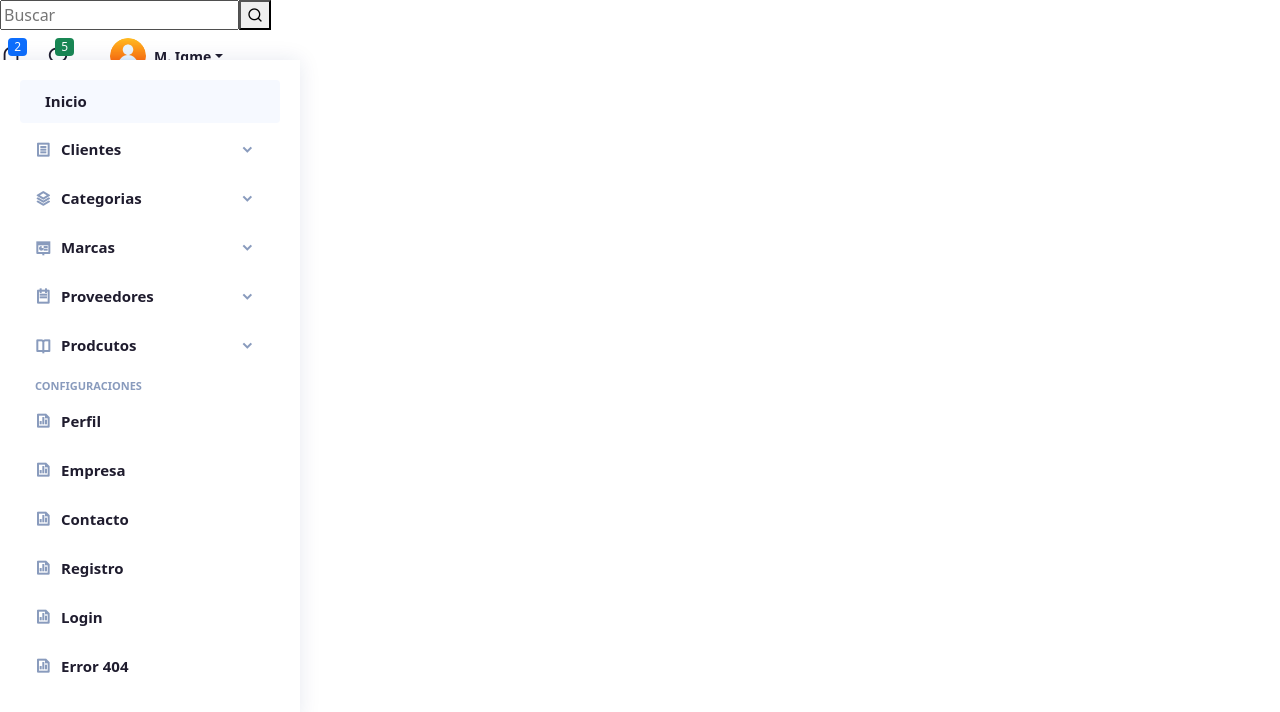
Repository: igmeMarcial/ProyectoLP-2023
Page: http://localhost/proyectoLP_2023/Main.jsp
These files come from the project's save history. The page is drawn as it stood at one moment and after the next save; the edit follows.
The browser window is 1280 px wide. The pictures show the whole page.
The page is served by Tomcat 9. Other server files are loaded and not shown.

Above is the page before, as saved 2023-03-18 20:03:31.

### proyectoLP_2023/WebContent/Main.jsp
<%@ page language="java" contentType="text/html; charset=ISO-8859-1"
    pageEncoding="ISO-8859-1"%>
<!DOCTYPE html PUBLIC "-//W3C//DTD HTML 4.01 Transitional//EN" "http://www.w3.org/TR/html4/loose.dtd">
<html>
<head>
	<meta charset="UTF-8">
    <meta http-equiv="X-UA-Compatible" content="IE=edge">
    <meta name="viewport" content="width=device-width, initial-scale=1.0">
	<link rel="preconnect" href="https://fonts.googleapis.com">
	<link rel="preconnect" href="https://fonts.gstatic.com" crossorigin>
	<link href="https://fonts.googleapis.com/css2?family=Roboto:wght@300;400;500;700;900&display=swap" rel="stylesheet">
	<link rel="stylesheet" type="text/css" href="./css/main.css" />
	<link href="https://cdn.jsdelivr.net/npm/bootstrap@5.0.2/dist/css/bootstrap.min.css" rel="stylesheet" integrity="sha384-EVSTQN3/azprG1Anm3QDgpJLIm9Nao0Yz1ztcQTwFspd3yD65VohhpuuCOmLASjC" crossorigin="anonymous">
	 <link href="https://cdn.jsdelivr.net/npm/remixicon@2.5.0/fonts/remixicon.css" rel="stylesheet">
	<title>Principal</title>
</head>
<body>
	 <!-- ======= Header(Cabezera) ======= -->
	 <!--
<header id="header" class="header fixed-top d-flex align-items-center">

    <div class="d-flex align-items-center justify-content-between">
      <a href="index.html" class="logo d-flex align-items-center text-decoration-none">
        <img class="logoImg1 d-none d-lg-block" src="./img/logo-somosngr.svg" alt="">
        <img class="logoImg2 d-block d-lg-none" src="./img/logo-ngr.png" alt="">
        <span class="d-none d-lg-block"></span>
      </a>
      <i class="ri-menu-fill toggle-sidebar-btn"></i>
    </div>
    <!-- Fin Logo -->
		<!-- Input para Buscar jeje-->
    <div class="search-bar">
      <form class="search-form d-flex align-items-center" method="POST" action="#">
        <input type="text" name="query" placeholder="Buscar" title="Enter search keyword">
        <button type="submit" title="Buscar"><i class="ri-search-line"></i></button>
      </form>
    </div><!-- Fin Buscar  -->

    <nav class="header-nav ms-auto">
      <ul class="d-flex align-items-center">

        <li class="nav-item d-block d-lg-none">
          <a class="nav-link nav-icon search-bar-toggle p-0" href="#">
            <i class="ri-search-line"></i>
          </a>
        </li><!-- Fin Buscar Icon-->

        <li class="nav-item dropdown">

		  <a class="nav-link nav-icon p-0" href="#" data-bs-toggle="dropdown" id="noti" aria-expanded="false">
            <i class="ri-notification-3-line"></i>
            <span class="badge bg-primary badge-number">2</span>
          </a><!-- End Notification Icon -->
		   <ul class="dropdown-menu dropdown-menu-end dropdown-menu-arrow notificaciones" aria-labelledby="noti">
           	  <li><a class="dropdown-item" href="#">Action</a></li>
    		<li><a class="dropdown-item" href="#">Another action</a></li>
    		<li><a class="dropdown-item" href="#">Something else here</a></li>

          </ul><!-- Final notificación Dropdown Items -->



        </li><!-- Final Notification Nav -->

        <li class="nav-item dropdown">

          <a class="nav-link nav-icon p-0" href="#" data-bs-toggle="dropdown">
            <i class="ri-chat-1-line"></i>
            <span class="badge bg-success badge-number">5</span>
          </a><!-- Final mensajes Icon -->

          <ul class="dropdown-menu dropdown-menu-end dropdown-menu-arrow messages">
             <li><a class="dropdown-item" href="#">Action</a></li>
    		<li><a class="dropdown-item" href="#">Another action</a></li>
    		<li><a class="dropdown-item" href="#">Something else here</a></li>

          </ul><!-- Final Mensajes Dropdown Items -->

        </li><!--Final Mensajes Nav -->

        <li class="nav-item dropdown pe-3">

          <a class="nav-link nav-profile d-flex align-items-center pe-0" href="#" data-bs-toggle="dropdown">
            <img src="./img/userImg.png" alt="Profile" class="rounded-circle">
            <span class="d-none d-md-block dropdown-toggle ps-2">M. Igme</span>
          </a><!-- End Profile Iamge Icon -->

          <ul class="dropdown-menu dropdown-menu-end dropdown-menu-arrow profile">
            <li class="dropdown-header">
              <h6>Marcial Igme</h6>
              <span>Administrador</span>
            </li>
            <li>
              <hr class="dropdown-divider">
            </li>

            <li>
              <a class="dropdown-item d-flex align-items-center" href="users-profile.html">
                <i class="ri-settings-2-line"></i>
                <span>My Perfil</span>
              </a>
            </li>
            <li>
              <hr class="dropdown-divider">
            </li>

            <li>
              <a class="dropdown-item d-flex align-items-center" href="users-profile.html">
                <i class="ri-settings-2-line"></i>
                <span>Configuración</span>
              </a>
            </li>
            <li>
              <hr class="dropdown-divider">
            </li>

            <li>
              <a class="dropdown-item d-flex align-items-center" href="pages-faq.html">
                <i class="ri-settings-2-line"></i>
                <span>Ayuda?</span>
              </a>
            </li>
            <li>
              <hr class="dropdown-divider">
            </li>

            <li>
              <a class="dropdown-item d-flex align-items-center" href="#">
                <i class="ri-settings-2-line"></i>
                <span>Salir</span>
              </a>
            </li>

          </ul><!-- Final Perfil Dropdown Items -->
        </li><!--Final Profile Nav -->

      </ul>
    </nav><!-- Final Icons Navigation -->

</header>
-->
<!-- Final Header -->
<aside id="sidebar" class="sidebar">

    <ul class="sidebar-nav" id="sidebar-nav">

      <li class="nav-item">
        <a class="nav-link " href="index.html">
          <i class="bi bi-grid"></i>
          <span>Inicio</span>
        </a>
      </li><!-- final Dashboard Nav -->

      <li class="nav-item">
        <a class="nav-link collapsed" data-bs-target="#components-nav" data-bs-toggle="collapse" href="#">
          <i class="ri-file-list-line"></i><span>Clientes</span><i class="ri-arrow-down-s-line ms-auto"></i>


        </a>
        <ul id="components-nav" class="nav-content collapse " data-bs-parent="#sidebar-nav">
          <li>
            <a href="components-alerts.html">
              <i class="ri-group-fill"></i><span>Listado Clientes</span>
            </a>
          </li>
          <li>
            <a href="components-accordion.html">
              <i class="ri-group-fill"></i><span>Agregar Nuevo Cliente</span>
            </a>
          </li>
          <li>
            <a href="components-badges.html">
             	<i class="ri-group-fill"></i><span>Buscar Cliente</span>
            </a>
          </li>
          <li>
            <a href="components-breadcrumbs.html">
              <i class="ri-group-fill"></i><span>ActualizarClientes</span>
            </a>
          </li>
        </ul>
      </li><!-- Final componentes Nav -->

      <li class="nav-item">
        <a class="nav-link collapsed" data-bs-target="#forms-nav" data-bs-toggle="collapse" href="#">
          <i class="ri-stack-line"></i><span>Categorias</span><i class="ri-arrow-down-s-line ms-auto"></i>
        </a>
        <ul id="forms-nav" class="nav-content collapse " data-bs-parent="#sidebar-nav">
          <li>
            <a href="forms-elements.html">
              <i class="bi bi-circle"></i><span>Agregar Categoria</span>
            </a>
          </li>
          <li>
            <a href="forms-layouts.html">
              <i class="bi bi-circle"></i><span>Actualizar Categoria</span>
            </a>
          </li>
          <li>
            <a href="forms-editors.html">
              <i class="bi bi-circle"></i><span>Listar Categoria</span>
            </a>
          </li>
        </ul>
      </li><!-- Final Formulario Nav -->

      <li class="nav-item">
        <a class="nav-link collapsed" data-bs-target="#tables-nav" data-bs-toggle="collapse" href="#">
          <i class="ri-slideshow-line"></i><span>Marcas</span><i class="ri-arrow-down-s-line ms-auto"></i>
        </a>
        <ul id="tables-nav" class="nav-content collapse " data-bs-parent="#sidebar-nav">
          <li>
            <a href="#">
              <i class="bi bi-circle"></i><span>Agregar Marca</span>
            </a>
          </li>
          <li>
            <a href="#">
              <i class="bi bi-circle"></i><span>Actualizar Marca</span>
            </a>
          </li>
           <li>
            <a href="#">
              <i class="bi bi-circle"></i><span>Listar Marca</span>
            </a>
          </li>
        </ul>
      </li><!-- End Tables Nav -->

      <li class="nav-item">
        <a class="nav-link collapsed" data-bs-target="#charts-nav" data-bs-toggle="collapse" href="#">
          <i class="ri-todo-line"></i><span>Proveedores</span><i class="ri-arrow-down-s-line ms-auto"></i>
        </a>
        <ul id="charts-nav" class="nav-content collapse " data-bs-parent="#sidebar-nav">
          <li>
            <a href="#">
              <i class="bi bi-circle"></i><span>Agregar Proveedor</span>
            </a>
          </li>
          <li>
            <a href="#">
              <i class="bi bi-circle"></i><span>Actuzalir Porveedor</span>
            </a>
          </li>
          <li>
            <a href="#">
              <i class="bi bi-circle"></i><span>Listar Proveedor</span>
            </a>
          </li>
        </ul>
      </li><!-- End Charts Nav -->

      <li class="nav-item">
        <a class="nav-link collapsed" data-bs-target="#icons-nav" data-bs-toggle="collapse" href="#">
          <i class="ri-book-open-line"></i><span>Prodcutos</span><i class="ri-arrow-down-s-line ms-auto"></i>
        </a>
        <ul id="icons-nav" class="nav-content collapse " data-bs-parent="#sidebar-nav">
          <li>
            <a href="icons-bootstrap.html">
              <i class="bi bi-circle"></i><span>Agreagr Producto</span>
            </a>
          </li>
          <li>
            <a href="icons-remix.html">
              <i class="bi bi-circle"></i><span>Actualizar Producto</span>
            </a>
          </li>
          <li>
            <a href="icons-boxicons.html">
              <i class="bi bi-circle"></i><span>Buscar Prodcuto</span>
            </a>
          </li>
        </ul>
      </li><!-- Final iconos Nav -->

      <li class="nav-heading">Configuraciones</li>

      <li class="nav-item">
        <a class="nav-link collapsed" href="#">
          <i class="ri-file-chart-line"></i>
          <span>Perfil</span>
        </a>
      </li><!-- Final Profile Page Nav -->

      <li class="nav-item">
        <a class="nav-link collapsed" href="#">
          <i class="ri-file-chart-line"></i>
          <span>Empresa</span>
        </a>
      </li><!-- End F.A.Q Page Nav -->

      <li class="nav-item">
        <a class="nav-link collapsed" href="#">
          <i class="ri-file-chart-line"></i>
          <span>Contacto</span>
        </a>
      </li><!-- Final Contact Page Nav -->

      <li class="nav-item">
        <a class="nav-link collapsed" href="#">
          <i class="ri-file-chart-line"></i>
          <span>Registro</span>
        </a>
      </li><!-- Final Registro Page Nav -->

      <li class="nav-item">
        <a class="nav-link collapsed" href="#">
          <i class="ri-file-chart-line"></i>
          <span>Login</span>
        </a>
      </li><!-- Final Login Page Nav -->

      <li class="nav-item">
        <a class="nav-link collapsed" href="#">
         <i class="ri-file-chart-line"></i>
          <span>Error 404</span>
        </a>
      </li>
    </ul>

</aside>
<!-- Final Sidebar-->
   <!-- ======= Contenido principal======= -->
   <!--
<main id="main" class="main main-principal">
<div>vete ala mierda</div>
</main>
-->
<div style="margin-top:60px" class="dd">geyeye</div>

   <!-- ======= Footer ======= -->
  <!--
<footer id="footer" class="footer">
    <div class="copyright">
      &copy; Copyright <strong><span>Igme</span></strong>. Todos los derechos reservados
    </div>
    <div class="credits">

    </div>
</footer>-->
<!-- End Footer -->

<a href="#" class="back-to-top d-flex align-items-center justify-content-center"><i class="bi bi-arrow-up-short"></i></a>
   <!-- Sistema JS Files -->

  <script src="https://cdn.jsdelivr.net/npm/bootstrap@5.0.2/dist/js/bootstrap.bundle.min.js" integrity="sha384-MrcW6ZMFYlzcLA8Nl+NtUVF0sA7MsXsP1UyJoMp4YLEuNSfAP+JcXn/tWtIaxVXM" crossorigin="anonymous"></script>


  <script src="./script/main.js" type="text/javascript"></script>
</body>
</html>

Loaded but not shown: proyectoLP_2023/WebContent/script/main.js (27 lines, source omitted); proyectoLP_2023/WebContent/css/main.css (1076 lines, source omitted)

After the next save:
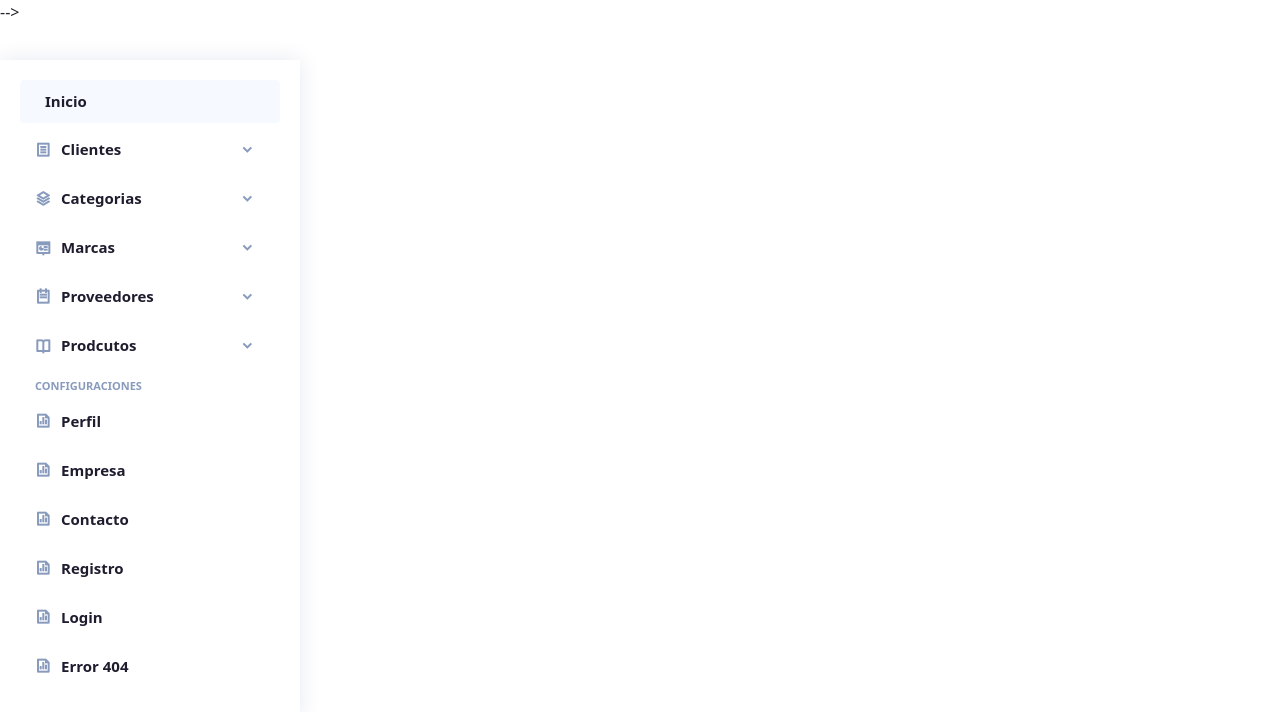
Saved 80 s later.
--- a/proyectoLP_2023/WebContent/Main.jsp
+++ b/proyectoLP_2023/WebContent/Main.jsp
@@ -15,129 +15,8 @@
 	<title>Principal</title>
 </head>
 <body>
-	 <!-- ======= Header(Cabezera) ======= -->
-	 <!--
-<header id="header" class="header fixed-top d-flex align-items-center">
-
-    <div class="d-flex align-items-center justify-content-between">
-      <a href="index.html" class="logo d-flex align-items-center text-decoration-none">
-        <img class="logoImg1 d-none d-lg-block" src="./img/logo-somosngr.svg" alt="">
-        <img class="logoImg2 d-block d-lg-none" src="./img/logo-ngr.png" alt="">
-        <span class="d-none d-lg-block"></span>
-      </a>
-      <i class="ri-menu-fill toggle-sidebar-btn"></i>
-    </div>
-    <!-- Fin Logo -->
-		<!-- Input para Buscar jeje-->
-    <div class="search-bar">
-      <form class="search-form d-flex align-items-center" method="POST" action="#">
-        <input type="text" name="query" placeholder="Buscar" title="Enter search keyword">
-        <button type="submit" title="Buscar"><i class="ri-search-line"></i></button>
-      </form>
-    </div><!-- Fin Buscar  -->
-
-    <nav class="header-nav ms-auto">
-      <ul class="d-flex align-items-center">
-
-        <li class="nav-item d-block d-lg-none">
-          <a class="nav-link nav-icon search-bar-toggle p-0" href="#">
-            <i class="ri-search-line"></i>
-          </a>
-        </li><!-- Fin Buscar Icon-->
-
-        <li class="nav-item dropdown">
-
-		  <a class="nav-link nav-icon p-0" href="#" data-bs-toggle="dropdown" id="noti" aria-expanded="false">
-            <i class="ri-notification-3-line"></i>
-            <span class="badge bg-primary badge-number">2</span>
-          </a><!-- End Notification Icon -->
-		   <ul class="dropdown-menu dropdown-menu-end dropdown-menu-arrow notificaciones" aria-labelledby="noti">
-           	  <li><a class="dropdown-item" href="#">Action</a></li>
-    		<li><a class="dropdown-item" href="#">Another action</a></li>
-    		<li><a class="dropdown-item" href="#">Something else here</a></li>
-
-          </ul><!-- Final notificación Dropdown Items -->
-
-
-
-        </li><!-- Final Notification Nav -->
-
-        <li class="nav-item dropdown">
-
-          <a class="nav-link nav-icon p-0" href="#" data-bs-toggle="dropdown">
-            <i class="ri-chat-1-line"></i>
-            <span class="badge bg-success badge-number">5</span>
-          </a><!-- Final mensajes Icon -->
-
-          <ul class="dropdown-menu dropdown-menu-end dropdown-menu-arrow messages">
-             <li><a class="dropdown-item" href="#">Action</a></li>
-    		<li><a class="dropdown-item" href="#">Another action</a></li>
-    		<li><a class="dropdown-item" href="#">Something else here</a></li>
-
-          </ul><!-- Final Mensajes Dropdown Items -->
-
-        </li><!--Final Mensajes Nav -->
-
-        <li class="nav-item dropdown pe-3">
-
-          <a class="nav-link nav-profile d-flex align-items-center pe-0" href="#" data-bs-toggle="dropdown">
-            <img src="./img/userImg.png" alt="Profile" class="rounded-circle">
-            <span class="d-none d-md-block dropdown-toggle ps-2">M. Igme</span>
-          </a><!-- End Profile Iamge Icon -->
-
-          <ul class="dropdown-menu dropdown-menu-end dropdown-menu-arrow profile">
-            <li class="dropdown-header">
-              <h6>Marcial Igme</h6>
-              <span>Administrador</span>
-            </li>
-            <li>
-              <hr class="dropdown-divider">
-            </li>
-
-            <li>
-              <a class="dropdown-item d-flex align-items-center" href="users-profile.html">
-                <i class="ri-settings-2-line"></i>
-                <span>My Perfil</span>
-              </a>
-            </li>
-            <li>
-              <hr class="dropdown-divider">
-            </li>
-
-            <li>
-              <a class="dropdown-item d-flex align-items-center" href="users-profile.html">
-                <i class="ri-settings-2-line"></i>
-                <span>Configuración</span>
-              </a>
-            </li>
-            <li>
-              <hr class="dropdown-divider">
-            </li>
-
-            <li>
-              <a class="dropdown-item d-flex align-items-center" href="pages-faq.html">
-                <i class="ri-settings-2-line"></i>
-                <span>Ayuda?</span>
-              </a>
-            </li>
-            <li>
-              <hr class="dropdown-divider">
-            </li>
-
-            <li>
-              <a class="dropdown-item d-flex align-items-center" href="#">
-                <i class="ri-settings-2-line"></i>
-                <span>Salir</span>
-              </a>
-            </li>
-
-          </ul><!-- Final Perfil Dropdown Items -->
-        </li><!--Final Profile Nav -->
-
-      </ul>
-    </nav><!-- Final Icons Navigation -->
-
-</header>
+	<!-- ======= Header(Cabezera) ======= -->
+
 -->
 <!-- Final Header -->
 <aside id="sidebar" class="sidebar">
